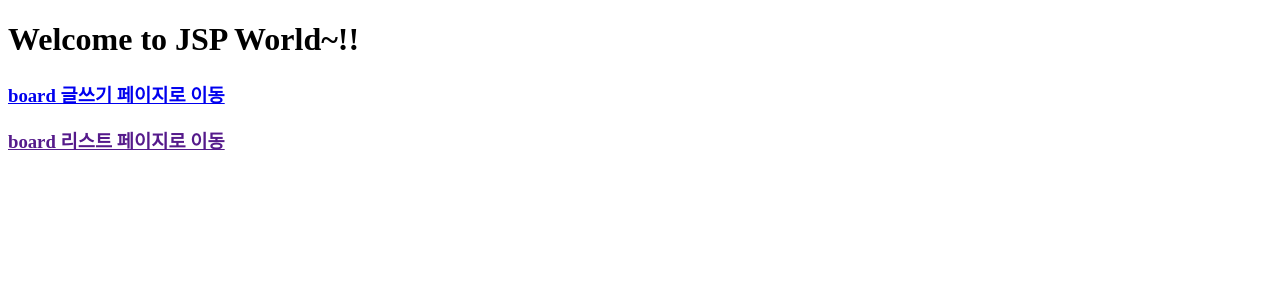
Repository: csk3830/jsp
Page: http://localhost/jsp_study/
The author's editor kept a copy of each file at every save. The page is drawn from the files as they stood at one save, then again after the next save.
The browser window is 1280 px wide. The pictures show the whole page.
The page is served by Tomcat 9. Other server files are loaded and not shown.

Above is the page before, as saved 2024-10-22 04:14:05.

### jsp_study/src/main/webapp/index.jsp
<%@ page language="java" contentType="text/html; charset=UTF-8"
    pageEncoding="UTF-8"%>
<!DOCTYPE html>
<html>
<head>
<meta charset="UTF-8">
<title>Insert title here</title>
</head>
<body>
	<h1>Welcome to JSP World~!!</h1>

	<!-- jsp의 모든 경로는 controller로 이동하게 해야 함. -->
	<h3><a href="/brd/register">board 글쓰기 페이지로 이동</a></h3>
	<h3><a href="">board 리스트 페이지로 이동</a></h3>
</body>
</html>

After the next save:
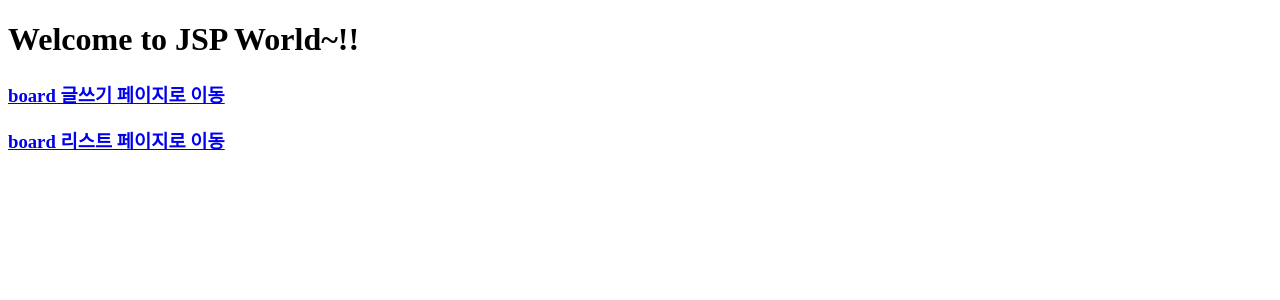
Saved 7 s later.
--- a/jsp_study/src/main/webapp/index.jsp
+++ b/jsp_study/src/main/webapp/index.jsp
@@ -11,6 +11,6 @@
 
 	<!-- jsp의 모든 경로는 controller로 이동하게 해야 함. -->
 	<h3><a href="/brd/register">board 글쓰기 페이지로 이동</a></h3>
-	<h3><a href="">board 리스트 페이지로 이동</a></h3>
+	<h3><a href="/brd/list">board 리스트 페이지로 이동</a></h3>
 </body>
 </html>
